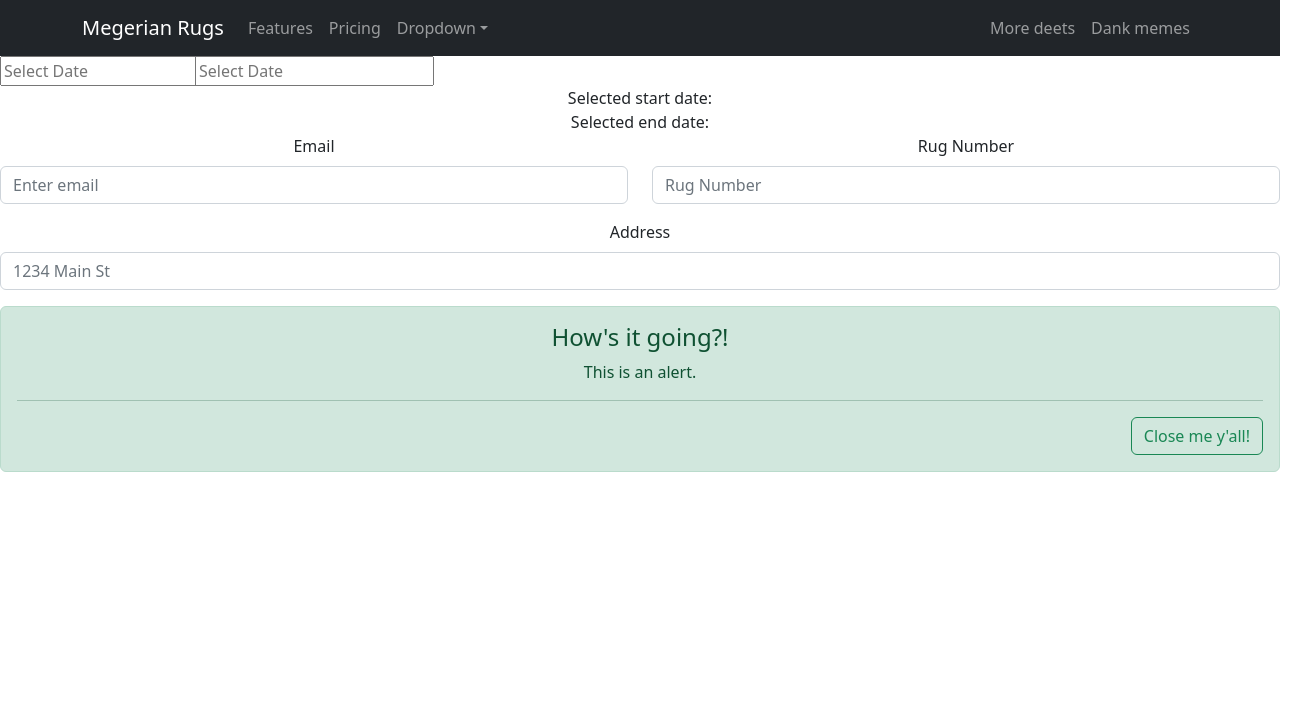
Repository: LizAcu/RugTest
Page: /
These files come from the project's save history. The page is drawn as it stood at one moment and after the next save; the edit follows.
The browser window is 1280 px wide. The page is 1292 px wide, so the pictures cover 1292 px, including what lies to the right of the window. The pictures show the whole page.
The project was rebuilt for these pictures with package versions that can differ from the ones it lists, and the page was loaded fresh each time.

Above is the page before, as saved 2022-08-29 11:26:19.

### src/App.js
import logo from './logo.svg';
import './App.css';
import BarcodeForm from './BarcodeForm/BarcodeForm';
import WelcomeAlert from './WelcomeAlert/WelcomeAlert';
import NavBar from './NavBar/NavBar';
import { Nav } from 'react-bootstrap';

function App() {
  return (
    <div className="App">
      <NavBar/>
      <BarcodeForm/>
      <WelcomeAlert/>


    </div>
  );
}

export default App;

### src/BarcodeForm/BarcodeForm.js
import { render } from "@testing-library/react";
import PickupDate from "../PickupDate/PickupDate";
import ClientForm from "../ClientForm/ClientForm";


const BarcodeForm = () => {

    return (
        <div>
            <PickupDate/>
            <ClientForm/>
        </div>

      )

}


export default BarcodeForm

### src/WelcomeAlert/WelcomeAlert.js
import React, { useState } from 'react';
import Alert from 'react-bootstrap/Alert';
import Button from 'react-bootstrap/Button';
import 'bootstrap/dist/css/bootstrap.min.css';

function AlertDismissible() {
  const [show, setShow] = useState(true);

//   {[
    // 'primary',
    // 'secondary',
    // 'success',
    // 'danger',
    // 'warning',
    // 'info',
    // 'light',
    // 'dark',
//   ].map((variant) => (
    // <Alert key={variant} variant={variant}>
      {/* This is a {variant} alert—check it out! */}
    {/* </Alert> */}
//   ))}
//
  return (
    <>


      <Alert show={show} variant="success">
        <Alert.Heading>How's it going?!</Alert.Heading>
        <p>
          This is an alert.

        </p>
        <hr />
        <div className="d-flex justify-content-end">
          <Button onClick={() => setShow(false)} variant="outline-success">
            Close me y'all!
          </Button>
        </div>
      </Alert>

      {!show && <Button onClick={() => setShow(true)}>Show Alert</Button>}
    </>
  );
}


export default AlertDismissible

### src/NavBar/NavBar.js
import React from "react";
import Container from 'react-bootstrap/Container';
import Nav from 'react-bootstrap/Nav';
import Navbar from 'react-bootstrap/Navbar';
import NavDropdown from 'react-bootstrap/NavDropdown';

const NavBar = () => {

    return (
        <Navbar collapseOnSelect expand="lg" bg="dark" variant="dark">
          <Container>
            <Navbar.Brand href="#home">Megerian Rugs</Navbar.Brand>
            <Navbar.Toggle aria-controls="responsive-navbar-nav" />
            <Navbar.Collapse id="responsive-navbar-nav">
              <Nav className="me-auto">
                <Nav.Link href="#features">Features</Nav.Link>
                <Nav.Link href="#pricing">Pricing</Nav.Link>
                <NavDropdown title="Dropdown" id="collasible-nav-dropdown">
                  <NavDropdown.Item href="#action/3.1">Action</NavDropdown.Item>
                  <NavDropdown.Item href="#action/3.2">
                    Another action
                  </NavDropdown.Item>
                  <NavDropdown.Item href="#action/3.3">Something</NavDropdown.Item>
                  <NavDropdown.Divider />
                  <NavDropdown.Item href="#action/3.4">
                    Separated link
                  </NavDropdown.Item>
                </NavDropdown>
              </Nav>
              <Nav>
                <Nav.Link href="#deets">More deets</Nav.Link>
                <Nav.Link eventKey={2} href="#memes">
                  Dank memes
                </Nav.Link>
              </Nav>
            </Navbar.Collapse>
          </Container>
        </Navbar>
      );

    // return (
        // <>
        //   <Navbar bg="dark" variant="dark">
            // <Container>
            //   <Navbar.Brand href="#home">Megerian Rugs</Navbar.Brand>
            //   <Nav className="me-auto">
                // <Nav.Link href="#home">Home</Nav.Link>
                // <Nav.Link href="#features">Features</Nav.Link>
                // <Nav.Link href="#pricing">Pricing</Nav.Link>
            //   </Nav>
            // </Container>
        //   </Navbar>
        //   <br />

        // </>
    //   );

}

export default NavBar

### src/PickupDate/PickupDate.js
import React, { useState } from 'react';
import DatePicker from 'react-datepicker';
import 'react-datepicker/dist/react-datepicker.css';
import styled from "styled-components";

const Styles = styled.div`
    .react-datepicker-wrapper,
    .react-datepicker__input-container
    .react-datepicker__input-container input {
        width: 195px;
    }
    `;

    //   .react-datepicker__close-icon::before,
//   .react-datepicker__close-icon::after {
    // background-color: red;
// }

export function DatePickerRange() {
    // const [startDate, setStartDate] = useState(new Date());
    // const [endDate, setEndDate] = useState(new Date());
    const [startDate, setStartDate] = useState(null);
    const [endDate, setEndDate] = useState(null)

    //don't forget to wrap datepicker in divs upon return

    return (
        <div>
            <div style={{ display: "flex" }}>
        <DatePicker
            isClearable
            placeholderText="Select Date"
            showTimeSelect
            dateFormat="MMMM d, yyyy h:mmaa"
            selected={startDate}
            selectsStart
            startDate={startDate}
            endDate={endDate}
            onChange={date => setStartDate(date)}

        />

        <DatePicker
            isClearable
            placeholderText="Select Date"
            showTimeSelect
            dateFormat="MMMM d, yyyy h:mmaa"
            selected={endDate}
            selectsEnd
            startDate={startDate}
            endDate={endDate}
            minDate={startDate}
            onChange={date => setEndDate(date)}
        />
        </div>
        <div>Selected start date:{startDate ? startDate.toString() : null}</div>
        <div>Selected end date:{endDate ? endDate.toString() : null}</div>
            </div>

    );
};

export default function TableDatePicker() {
    return (
        <Styles>
            <DatePickerRange />
        </Styles>
    );
};

### src/ClientForm/ClientForm.js
import react from "react";
import Button from 'react-bootstrap/Button';
import Col from 'react-bootstrap/Col'
import Form from 'react-bootstrap/Form';
import Row from 'react-bootstrap/Row';

const ClientForm = () => {
    return (
        <Form>
            <Row className="mb-3">
                <Form.Group as={Col} controlId="formGridEmail">
                    <Form.Label>Email</Form.Label>
                    <Form.Control type="email" placeholder="Enter email" />
                </Form.Group>

                <Form.Group as={Col} controlId="formGridPassword">
                    <Form.Label>Rug Number</Form.Label>
                    <Form.Control type="password" placeholder="Rug Number" />
                </Form.Group>
            </Row>

            <Form.Group className="mb-3" controlId="formGridAddress1">
                <Form.Label>Address</Form.Label>
                <Form.Control placeholder="1234 Main St" />
            </Form.Group>
        </Form>
    )

}

export default ClientForm

Loaded but not shown: public/index.html (common file); src/index.js (common file); src/index.css (common file); src/reportWebVitals.js (common file); src/App.css (common file)

After the next save:
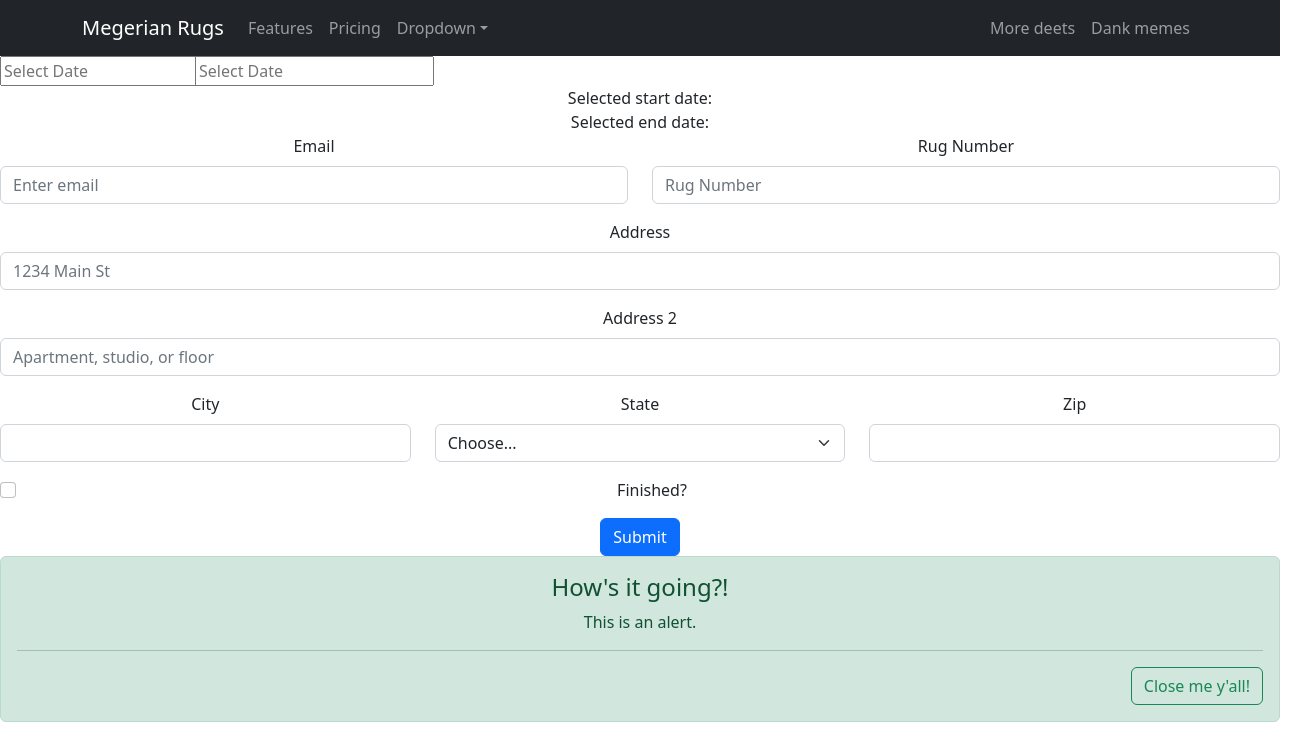
Saved 14 min 15 s later.
--- a/src/ClientForm/ClientForm.js
+++ b/src/ClientForm/ClientForm.js
@@ -23,9 +23,40 @@ const ClientForm = () => {
                 <Form.Label>Address</Form.Label>
                 <Form.Control placeholder="1234 Main St" />
             </Form.Group>
+
+            <Form.Group className="mb-3" controlId="formGridAddress2">
+                <Form.Label>Address 2</Form.Label>
+                <Form.Control placeholder="Apartment, studio, or floor" />
+            </Form.Group>
+
+            <Row className="mb-3">
+                <Form.Group as={Col} controlId="formGridCity">
+                    <Form.Label>City</Form.Label>
+                    <Form.Control />
+                </Form.Group>
+
+                <Form.Group as={Col} controlId="formGridState">
+                    <Form.Label>State</Form.Label>
+                    <Form.Select defaultValue="Choose...">
+                        <option>Choose...</option>
+                        <optiom>...</optiom>
+                    </Form.Select>
+                </Form.Group>
+
+                <Form.Group as={Col} controlId="formGridZip">
+                    <Form.Label>Zip</Form.Label>
+                    <Form.Control />
+                </Form.Group>
+            </Row>
+
+            <Form.Group className="mb-3" id="formGridCheckbox">
+                <Form.Check type="checkbox" label="Finished?" />
+            </Form.Group>
+
+            <Button variant="primary" type="submit">Submit</Button>
         </Form>
-    )
+    );
 
-}
+};
 
 export default ClientForm
